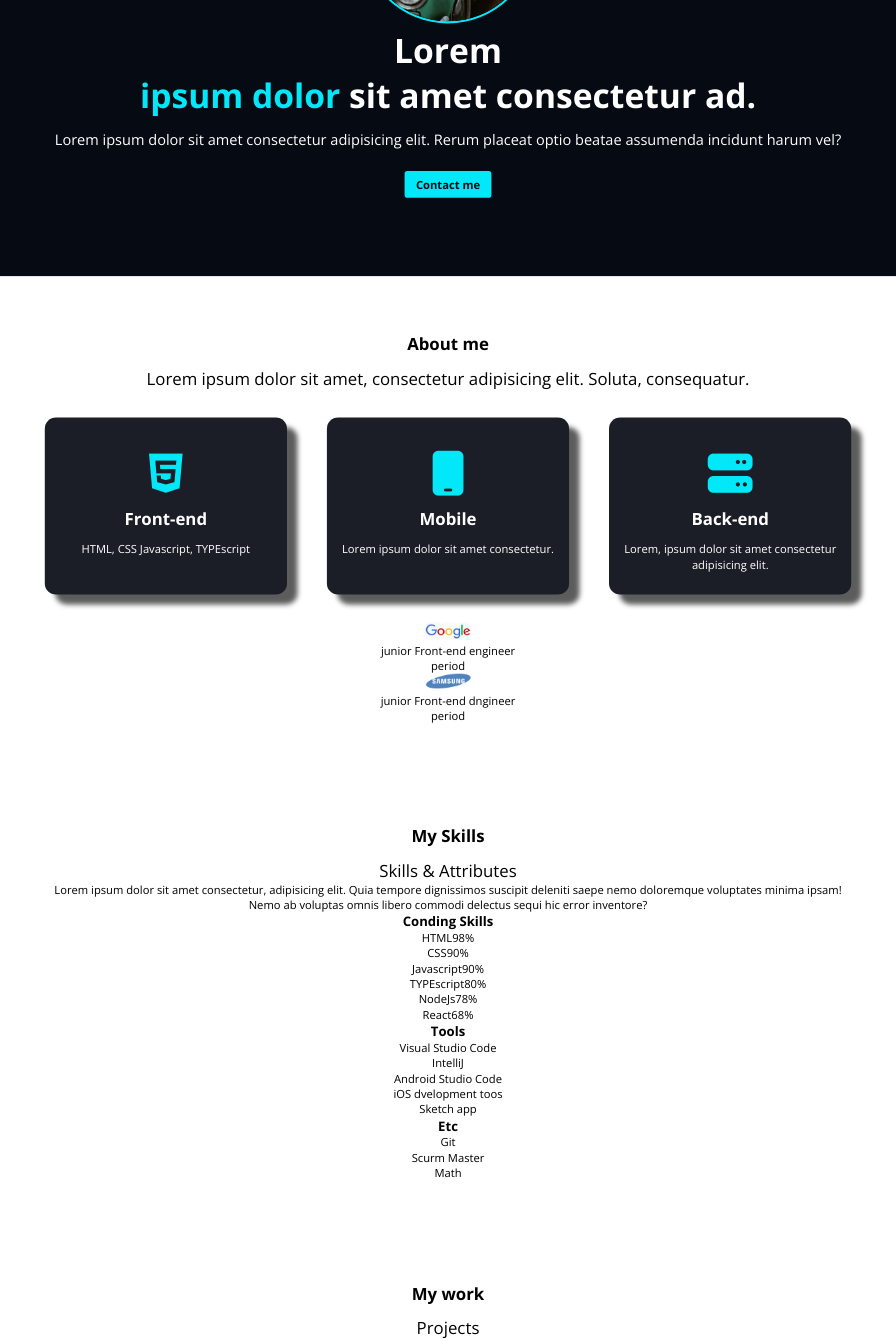
Repository: Arden-Sol/portfolio-website-clone-coding
Page: index.html
The author's editor kept a copy of each file at every save. The page is drawn from the files as they stood at one save, then again after the next save.
The browser window is 1280 px wide. The pictures show the part of the page from y = 329 to 2249 px (the page is 6712 px tall), at 70% of full size.
Some web libraries are served in a nearby version.

Above is the page before, as saved 2024-03-26 21:51:12.

### index.html
<!DOCTYPE html>
<html lang="en">

<head>
  <meta charset="UTF-8">
  <meta name="viewport" content="width=device-width, initial-scale=1.0">
  <!-- SEO -->
  <title>Arden&#39;s portfolio</title>
  <meta name="description" content="포트폴리오 연습장" />
  <meta name="author" content="arden">
  <link rel="shortcut icon" href="image/favicon.jpg" type="image/x-icon">
  <!-- OG (Open Graph Data) -->
  <meta property="og:title" content="포트폴리오">
  <meta property="og:type" content="website">
  <meta property="og:url" content="배포후 생성된 URL">
  <meta property="og:image" content="배포후 생성된 이미지 URL">
  <!-- Goole Font -->
  <link rel="preconnect" href="https://fonts.googleapis.com">
  <link rel="preconnect" href="https://fonts.gstatic.com" crossorigin>
  <link href="https://fonts.googleapis.com/css2?family=Open+Sans:ital,wght@0,300..800;1,300..800&display=swap"
    rel="stylesheet">
  <!-- Font Awesome -->
  <script src="https://kit.fontawesome.com/4dc9c1b526.js" crossorigin="anonymous"></script>
  <!-- CSS -->
  <link rel="stylesheet" href="css/style.css">
  <!-- Javascript -->
  <script src="src/main.js" defer></script>
</head>

<body>
  <!-- Header -->
  <header class="header">
    <div class="header__logo">
      <img class="header__logo__img" src="image/favicon.jpg" alt="">
      <h1 class="header__logo__title"><a href="#">Ellie</a></h1>
    </div>
    <nav>
      <ul class="header__menu">
        <li><a class="header__menu__item active" href="#home">Home</a></li>
        <li><a class="header__menu__item" href="#about">About</a></li>
        <li><a class="header__menu__item" href="#skills">Skills</a></li>
        <li><a class="header__menu__item" href="#work">My work</a></li>
        <li><a class="header__menu__item" href="#testimonial">Testimonials</a></li>
        <li><a class="header__menu__item" href="#contact">Contact</a></li>
      </ul>
    </nav>
  </header>
  <!-- Main -->
  <main>
    <!-- Home -->
    <section id="home" class="section">
      <img class="home__avatar" src="image/picture.jpg" alt="picture">
      <h2 class="home__title">Lorem <br> <strong class="home__title--strong">ipsum dolor</strong> sit amet consectetur
        ad.</h2>
      <p class="home__description">Lorem ipsum dolor sit amet consectetur adipisicing elit. Rerum placeat optio beatae
        assumenda incidunt harum
        vel?</p>
      <a class="home__contact" href="#contact">Contact me</a>
    </section>
    <!-- About -->
    <section id="about" class="section">
      <h2 class="title">About me</h2>
      <p class="description">Lorem ipsum dolor sit amet, consectetur adipisicing elit. Soluta, consequatur.</p>
      <ul class="majors">
        <li class="major">
          <i class="fa-brands fa-html5 major__icon"></i>
          <p class="major__title">Front-end</p>
          <p>HTML, CSS Javascript, TYPEscript</p>
        </li>
        <li class="major">
          <i class="fa-solid fa-mobile major__icon"></i>
          <p class="major__title">Mobile</p>
          <p>Lorem ipsum dolor sit amet consectetur.</p>
        </li>
        <li class="major">
          <i class="fa-solid fa-server major__icon"></i>
          <p class="major__title">Back-end</p>
          <p>Lorem, ipsum dolor sit amet consectetur adipisicing elit.</p>
        </li>
      </ul>
      <ul class="jobs">
        <li class="job"><img src="image/jobs/google.png" alt="google">
          <div>
            <p class="job__name">junior Front-end engineer</p>
            <p class="job__period">period</p>
          </div>
        </li>
        <li><img src="image/jobs/samsung.png" alt="samsung">
          <div>
            <p class="job__name">
              junior Front-end dngineer
            </p>
            <p class="job__period">period</p>
          </div>
        </li>
      </ul>
    </section>
    <!-- Skills -->
    <section id=" skills" class="section" class="section">
      <h2 class="title">My Skills</h2>
      <p class="description">Skills & Attributes</p>
      <p>Lorem ipsum dolor sit amet consectetur, adipisicing elit. Quia tempore dignissimos suscipit deleniti saepe nemo
        doloremque voluptates minima ipsam! Nemo ab voluptas omnis libero commodi delectus sequi hic error inventore?
      </p>
      <div>
        <section>
          <h3>Conding Skills</h3>
          <ul>
            <li>
              <div><span>HTML</span><span>98%</span></div>
              <div>
                <div style="width: 98%"></div>
              </div>
            </li>
            <li>
              <div><span>CSS</span><span>90%</span></div>
              <div>
                <div style="width: 98%"></div>
              </div>
            </li>
            <li>
              <div><span>Javascript</span><span>90%</span></div>
              <div>
                <div style="width: 98%"></div>
              </div>
            </li>
            <li>
              <div><span>TYPEscript</span><span>80%</span></div>
              <div>
                <div style="width: 98%"></div>
              </div>
            </li>
            <li>
              <div><span>NodeJs</span><span>78%</span></div>
              <div>
                <div style="width: 98%"></div>
              </div>
            </li>
            <li>
              <div><span>React</span><span>68%</span></div>
              <div>
                <div style="width: 98%"></div>
              </div>
            </li>
          </ul>
        </section>
        <section>
          <h3>Tools</h3>
          <ul>
            <li>Visual Studio Code</li>
            <li>IntelliJ</li>
            <li>Android Studio Code</li>
            <li>iOS dvelopment toos</li>
            <li>Sketch app</li>
          </ul>
        </section>
        <section>
          <h3>Etc</h3>
          <ul>
            <li>Git</li>
            <li>Scurm Master</li>
            <li>Math</li>
          </ul>
        </section>
      </div>
    </section>
    <!-- Work -->
    <section id="work" class="section">
      <h2 class="title">My work</h2>
      <p class="description">Projects</p>
      <ul>
        <li><button>All <span>8</span></button></li>
        <li><button>Front-end <span>3</span></button></li>
        <li><button>Back-end <span>3</span></button></li>
        <li><button>Mobile <span>2</span></button></li>
      </ul>
      <ul>
        <li>
          <a href="#" target="_blank">
            <img src="image/projects/project1.webp" alt="project8">
            <div>
              <h3>Project #1</h3>
              <p>Clone Coding with HTML, CSS</p>
            </div>
          </a>
        </li>
        <li><a href="#" target="_blank"><img src="image/projects/project1.webp" alt="project1">
            <div>
              <h3>Project #1</h3>
              <p>Clone Coding with HTML, CSS</p>
            </div>
          </a></li>
        <li><a href="#" target="_blank"><img src="image/projects/project2.webp" alt="project2">
            <div>
              <h3>Project #2</h3>
              <p>Clone Coding with HTML, CSS</p>
            </div>
          </a></li>
        <li><a href="#" target="_blank"><img src="image/projects/project3.webp" alt="project3">
            <div>
              <h3>Project #3</h3>
              <p>Clone Coding with HTML, CSS</p>
            </div>
          </a></li>
        <li><a href="#" target="_blank"><img src="image/projects/project4.webp" alt="project4">
            <div>
              <h3>Project #4</h3>
              <p>Clone Coding with HTML, CSS</p>
            </div>
          </a></li>
        <li><a href="#" target="_blank"><img src="image/projects/project5.webp" alt="project5">
            <div>
              <h3>Project #5</h3>
              <p>Clone Coding with HTML, CSS</p>
            </div>
          </a></li>
        <li><a href="#" target="_blank"><img src="image/projects/project6.webp" alt="project6">
            <div>
              <h3>Project #6</h3>
              <p>Clone Coding with HTML, CSS</p>
            </div>
          </a></li>
        <li><a href="#" target="_blank"><img src="image/projects/project7.webp" alt="project7">
            <div>
              <h3>Project #7</h3>
              <p>Clone Coding with HTML, CSS</p>
            </div>
          </a></li>
      </ul>
    </section>
    <!-- Testimonials -->
    <section id="testimonial" class="section">
      <h2 class="title">Testimonial</h2>
      <p class="description">See what they say about me</p>
      <ul>
        <li><img src="image/testimonials/people1.webp" alt="people1">
          <p>Lorem ipsum dolor sit amet consectetur adipisicing elit. Veniam ab quasi totam excepturi iure enim iusto
            facilis ut odio facere quaerat, sapiente nesciunt eveniet magnam porro, officiis molestiae, et nobis!</p>
          <p><a href="#">James Kim</a> /Google</p>
        </li>
        <li><img src="image/testimonials/people2.webp" alt="people2">
          <div>
            <p>Lorem ipsum dolor sit amet consectetur, adipisicing elit. Deleniti est neque ipsum distinctio accusamus
              expedita molestiae mollitia animi odio quam minus a atque exercitationem quidem nisi, dolores vel quisquam
              ipsa.</p>
            <p><a href="#">Anna Jin /Samsung</a></p>
          </div>
        </li>
        <li>
          <img src="image/testimonials/people3.webp" alt="people3">
          <div>
            <p>Lorem ipsum dolor sit amet consectetur adipisicing elit. Aut rerum quam quae impedit esse atque laborum
              accusantium maxime repudiandae assumenda, perferendis beatae repellat at? Nam, soluta assumenda. Veniam,
              odit possimus?</p>
            <p><a href="#">Anna Jin /Samsung</a></p>
          </div>
        </li>
      </ul>
    </section>
    <!-- Arrow up -->
    <aside>
      <a href="#home" title="back to top">
        <i class="fa-solid fa-arrow-up"></i></a>
    </aside>
  </main>
  <!-- Footer -->
  <footer id="contact" class="section">
    <h2 class="title">Let&#39;s talk</h2>
    <p class="description">highhigh222@naver.com</p>
    <ul>
      <li>
        <a href="#" title="arden github link" target="_blank">
          <i class="fa-brands fa-github"></i>
        </a>
      </li>
      <li>
        <a href="#" title="arden linkedin link" target="_blank">
          <i class="fa-brands fa-linkedin"></i>
        </a>
      </li>
    </ul>
    <p>Dream Coding ellie - All right reserved</p>
  </footer>


</body>

</html>

### css/style.css
/* Global */
:root {
/* App Colors */
--color-primary: var(--color-black);
--color-primary-variant: var(--color-gray);
--color-accent: var(--color-blue);
--color-accent-variant: var(--color-orange);
--color-text: var(--color-white);

  /* Colors */
--color-white: #ffffff;
--color-black: #050a13;
--color-blue: #03e8f9;
--color-orange: #fd6413;
--color-gray: #1b1e26;
}

*{
  box-sizing: border-box;
}

body {
  margin : 0;
  font-family: 'Open Sans', sans-serif;
}

h1, h2, h3,p,ul {
  margin : 0;

}

ul{
  list-style: none;
  padding: 0;
}
a {
  text-decoration: none;
  color : var(--color-text);
}

button {
  background-color: transparent;
  outline: 0;
  border : 0;
}

button:hover {
  outline: 1px solid var(--color-accent);
}

/* Common */
.section {
  padding: 4rem;
  text-align: center;
}
.title {
  font-size: 2.5;
  margin: 1rem 0;
}
.description {
  font-size: 1.5rem;
}


/* Header */
.header{
  position:fixed;
  top:0;
  width: 100%;
  display: flex;
  justify-content: space-between;
  align-items: center;
  padding: 1rem;
  background-color: black;
}
.header__logo {
  display: flex;
  align-items: center;
  gap:8px;
}
.header__logo__img {
  width: 36px;
  height: 36px;
  border-radius: 100%;
}
.header__logo__title {
  font-size: 1.8rem;
}
.header__menu {
  display: flex;
  gap:4px
}
.header__menu__item {
  padding: 8px 16px;
}
.header__menu__item:hover {
  border-bottom:1px solid var(--color-accent)
}
.header__menu__item.active {
  border:1px solid var(--color-accent);
  border-radius: 4px;
}
/* Home */
#home{
  background-color: var(--color-primary);
  color: var(--color-text);
  padding : 5rem 1rem;
  padding-top: 7rem;
  text-align: center;
}
.home__avatar{
  width: 250px;
  height: 250px;
  object-fit:cover;
  border-radius: 100%;
  border:3px solid var(--color-accent);
}
.home__title {
  font-size: 3rem;
  margin-bottom: 1rem;
}
.home__title--strong{
  color: var(--color-accent);
}
.home__description {
  font-size: 1.3rem;
}
.home__contact{
  display: inline-block;
  background-color: var(--color-accent);
  color:var(--color-black);
  padding : 0.5rem 1rem;
  margin: 2rem;
  font-weight: bold;
  border-radius: 4px;
}
.home__contact:hover{
  background-color: transparent;
  color: var(--color-text);
  outline: 2px solid var(--color-accent);
}
/* About me */
.majors{
  display: flex;
  justify-content: space-between;
  gap:1rem;
  margin: 2.5rem 0;
}
.major {
  background-color: var(--color-primary-variant);
  padding: 2rem 1rem;
  width: 30%;
  color: var(--color-text);
  border-radius: 1rem;
  cursor: default;
  box-shadow: 15px 14px 8px 0px rgba(0,0,0,0.64);
}
.major__icon{
  font-size: 4rem;
  margin: 1rem 0;
  color: var(--color-accent);
  transition: all 300ms ease;
}
.major__title{
  font-size: 1.5rem;
  font-weight: bold;
  margin-bottom:1rem;
}
.major:hover .major__icon{
  transform: rotate(-15deg) scale(1.2);
}

Loaded but not shown: src/main.js (common file)

After the next save:
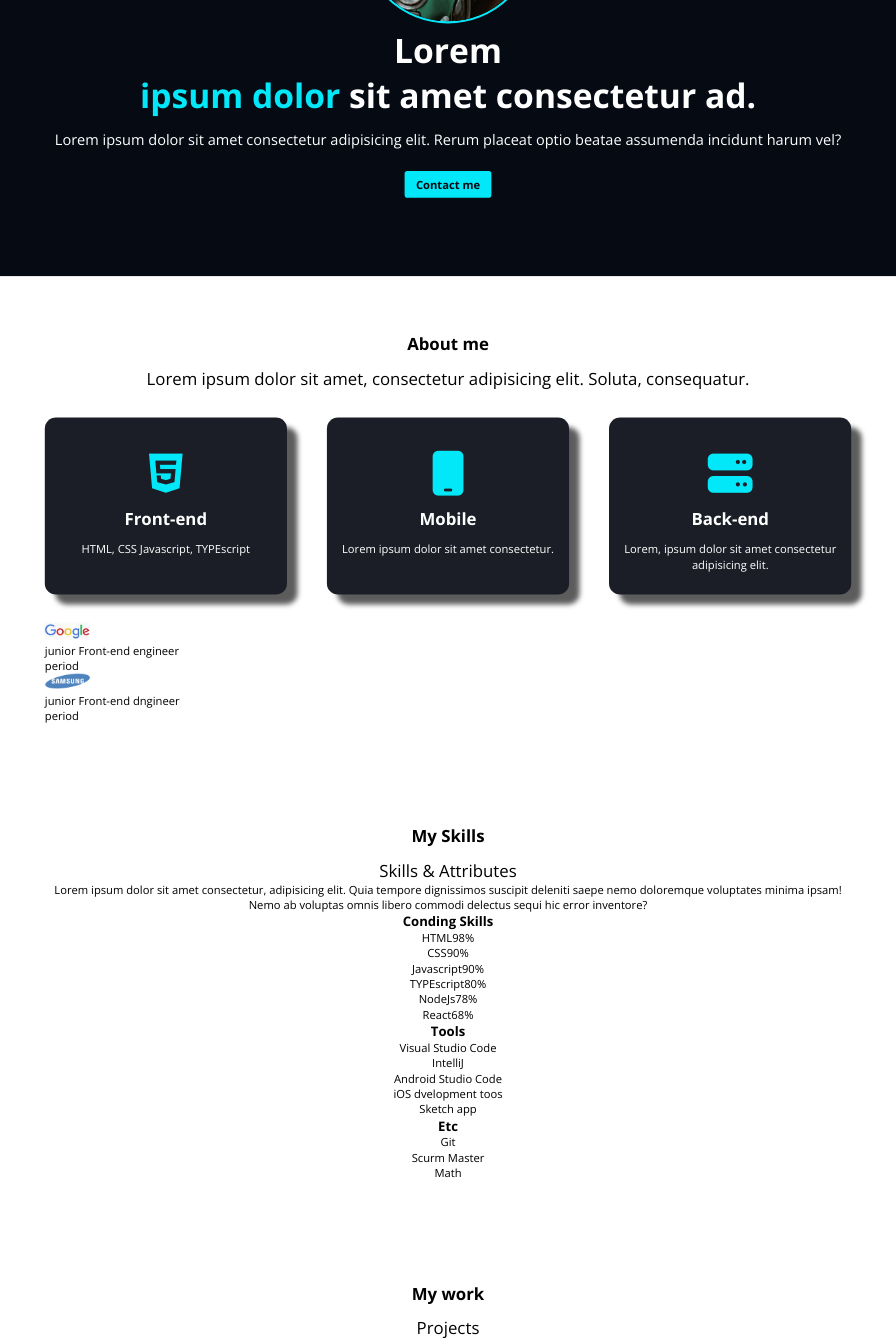
Saved 22 s later.
--- a/css/style.css
+++ b/css/style.css
@@ -169,3 +169,6 @@
 .major:hover .major__icon{
   transform: rotate(-15deg) scale(1.2);
 }
+.jobs{
+  text-align: start;
+}
